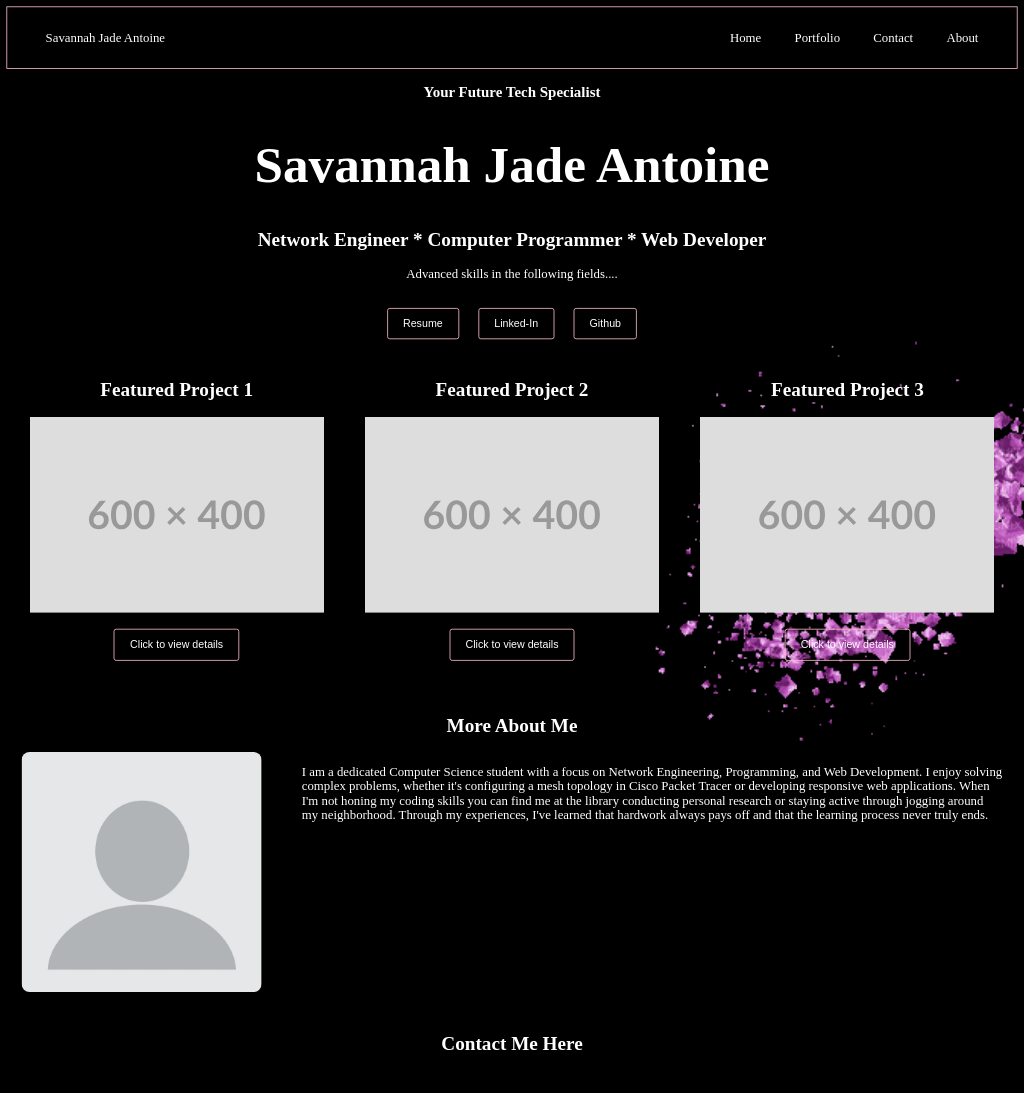
Repository: Savannah-Antoine/Savannah-Antoine
Page: index.html
These files come from the project's save history. The page is drawn as it stood at one moment and after the next save; the edit follows.
The browser window is 1280 px wide. The pictures show the whole page, at 80% of full size.

Above is the page before, as saved 2026-05-15 14:04:11.

### index.html
<!DOCTYPE html>
<html lang="en">
<head>
    <meta charset="UTF-8">
    <meta name="viewport" content="width=device-width, initial-scale=1.0">
    <link rel = "stylesheet" href = "./styles/index.css" />
    <link rel = "stylesheet" href = "./styles/globals.css" />
    <title>Savannah Jade Antoine Portfolio</title>
</head>
<body>
<header>
    <nav>
        <ul class = "homeButton">
           <li><a href = "index.html">Savannah Jade Antoine</a></li>
        </ul>
        <ul class = "navigation">
  <li><a href="index.html">Home</a></li>
  <li><a href="#PortfolioSection">Portfolio</a></li>
  <li><a href="#ContactMe">Contact</a></li>
  <li><a href="#AboutMe">About</a></li>
</ul>

</nav>
<h3>Your Future Tech Specialist</h3>
<h1> Savannah Jade Antoine</h1>
<h2>Network Engineer * Computer Programmer * Web Developer</h2>
<p> Advanced skills in the following fields....</p>
<div class = "infoButtons">
<a href = "Savannah Jade Resume (1).pdf"><button>Resume</button></a>
<a href = "www.linkedin.com/in/savannah-antoine-ab0756390"><button>Linked-In</button></a>
<button>Github</button>
</div>

</header>
<main class = "container">
<section id = "PortfolioSection" class = "project-card">

<h2>Featured Project 1</h2>
<img src = "./assets/images/placeholder1.svg" alt = "First Portfolio placeholder image" />
<p><a href = "./pages/project-name-1.html"><button>Click to view details</button></a>
</section>


<section class = "project-card">
<h2>Featured Project 2</h2>
<img src = "./assets/images/placeholder1.svg" alt = "Second Portfolio placeholder image" />
<p><a href = "./pages/project-name-2.html"><button>Click to view details</button></a>
</section>
<section class = "project-card">
<h2>Featured Project 3</h2>
<img src = "./assets/images/placeholder1.svg" alt = "Third Portfolio placeholder image" />
<p><a href = "./pages/project-name-3.html"><button>Click to view details</button></a>
</section>

<section id = "AboutMe">
 <h2>More About Me</h2>
<div  class = "aboutMe"> <img src = "./assets/images/profilepic.png" alt = "profile picture" />

<p>I am a dedicated Computer Science student with a focus on Network Engineering, Programming, and Web Development.
I enjoy solving complex problems, whether it's configuring a mesh topology in Cisco Packet Tracer or developing responsive web applications.
When I'm not honing my coding skills you can find me at the library conducting personal research or staying active through jogging around my neighborhood.
Through my experiences, I've learned that hardwork always pays off and that the learning process never truly ends.
</P>
</div>
</section>

<section id = "ContactMe">
<h2>Contact Me Here</h2>

</section>



</main>

</body>
</html>

### styles/index.css
.container{
  display: flex;
    flex-direction: column;
    align-items: center;
    gap: 2rem;
    padding: 1.2rem;

}
#AboutMe{
  text-align: center;
  justify-content: center;


}
.aboutMe{
    display: flex;
    flex-direction: column;      /* Side-by-side */
    align-items: center;       /* Vertically centers image and text */
    gap: 2rem;
}


.navigation {
    display: grid;
    grid-template-columns: repeat(2, 1fr);
    gap: 0.6rem;
    text-align: right;
}


body h1{
    font-size: 2.5rem;

}

img{
    width: 100%;
    max-width: 400px;
    height: auto;
}

@media screen and (min-width: 768px)
{
   .about-container {
        flex-direction: row;      /* Side-by-side */
        justify-content: center;
        text-align: left;         /* Professional bio alignment */
        gap: 4rem;
    }



    #AboutMe img {
        width: 300px;
        border-radius: 10px;
    }
   body h1 {
        font-size: 4rem;
    }
    .container {
        flex-direction: row;
        flex-wrap: wrap;
        align-items: flex-start;
        justify-content: space-around;
    }
    .project-card {
        width: 30%;
        min-width: 250px;
        text-align: center;
    }


    .navigation{
        display:flex;
    }

}


@media screen and (min-width: 1000px)
{
    .container {
        margin: 0 auto;
    }
    .aboutMe {
        flex-direction: row;      /* Side-by-side only on desktop */
        justify-content: center;
        align-items: flex-start;  /* Aligns image top with text top */
        text-align: left;         /* Professional look for side-by-side */
        gap: 50px;
    }
}

### styles/globals.css
body {
    background-color: black;
  background-image: url(/assets/images/background-pic.gif);
  background-repeat: no-repeat;
  background-size: cover;
  color: white;
  font-size: 1rem;
  text-align: center;
}



.homeButton{
  order: -1;
  list-style-type: none;
  margin: 0;
  padding: 0;
  display: flex;
  justify-content: left;

}


nav {
    display: flex;
    justify-content: space-between;
    align-items: center;
    padding: 1rem 2rem;

    border: 0.1rem solid pink;
    cursor: pointer;


}



nav ul {
    display: flex;
    list-style: none;
    gap: 1rem;
    margin: 0;
    padding: 0;
}
button {
    padding: 0.7rem 1.2rem;
    background-color: transparent;
    color: white;
    border: 0.1rem solid pink;
    cursor: pointer;
    transition: all 0.3s ease;
    border-radius: 0.2rem;
    gap: 1rem;
}
button:hover {
    background-color: pink;
    color: rgb(31, 1, 31);
    transform: translateY(-3px);
    box-shadow: 0 0.3rem 1rem rgba(255, 255, 255, 0.3);
}

.infoButtons {
    display: flex;
    justify-content: center;
    gap: 1.5rem;
    margin-top: 1.4rem;
    min-width: 100px;
    padding: 0.7rem 0.9rem;
}

li a {
  display: block;
  color: white;
  padding: 0.8rem 1rem;
  text-decoration: none;
}

ul li a:hover {
 background-color: pink;
  color: rgb(31, 1, 31);
  box-shadow: 0 0.5rem 0.9rem rgba(255, 255, 255, 0.3)
}

h1{

  font-size: 4rem;
}

After the next save:
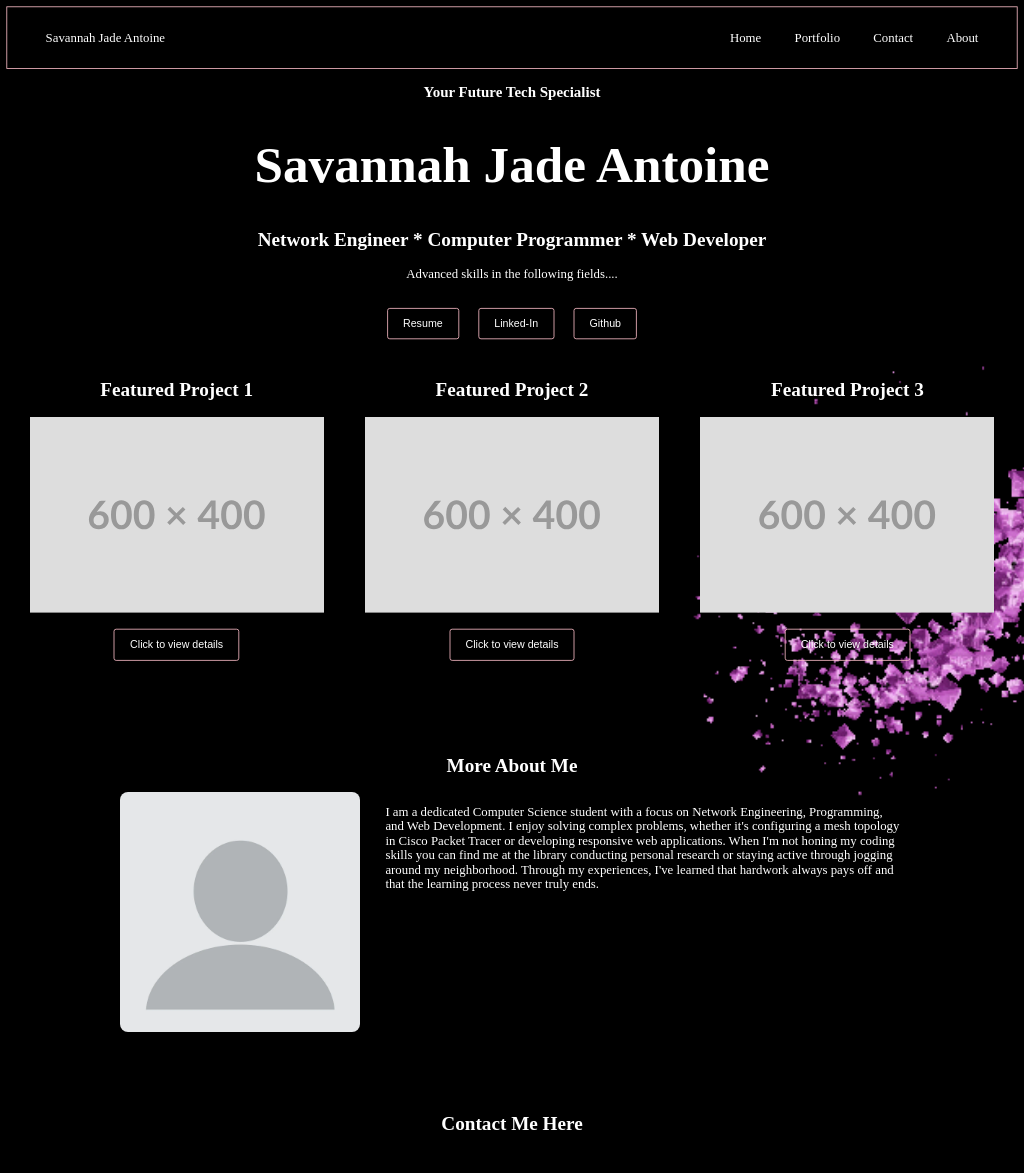
Saved 5 min 0 s later.
--- a/styles/index.css
+++ b/styles/index.css
@@ -87,6 +87,14 @@ img{
         justify-content: center;
         align-items: flex-start;  /* Aligns image top with text top */
         text-align: left;         /* Professional look for side-by-side */
-        gap: 50px;
+
     }
+    #AboutMe
+    {
+        align-items: flex-start;
+        padding: 50px 10%;
+        text-align: center;
+
+    }
+
 }
